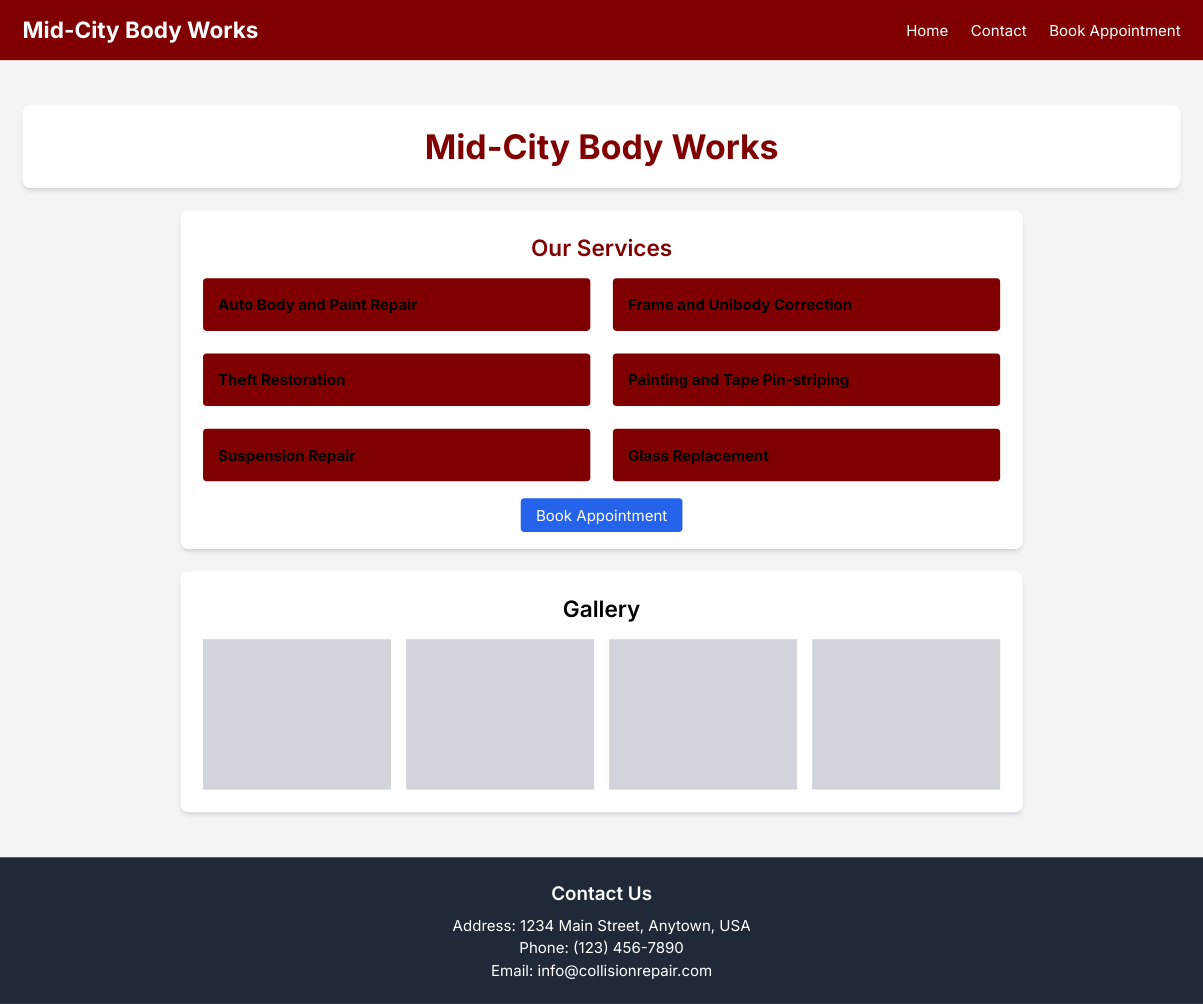
Repository: kayacancode/midcitybodyworks
Page: /
An editor plug-in stored every save of this project. The page is shown before and after the next save, followed by the edit.
The browser window is 1280 px wide. The pictures show the whole page, at 94% of full size.
The project was rebuilt for these pictures with package versions that can differ from the ones it lists, and the page was loaded fresh each time. The framework's server and built-in components were replaced by stand-ins that run in the browser. Also part of the build but not shown: next.config.mjs.

Above is the page before, as saved 2024-06-29 12:08:40.

### src/app/page.js
import Image from "next/image";

export default function Home() {
  return (
    <div className="min-h-screen bg-gray-100 flex flex-col">
      {/* Navigation Bar */}
      <header className="bg-[#800001] text-white w-full py-4 flex justify-between items-center px-6">
        <div className="text-2xl font-bold">Mid-City Body Works</div>
        <nav>
          <ul className="flex space-x-6">
            <li><a href="#home" className="hover:underline">Home</a></li>
            <li><a href="#contact" className="hover:underline">Contact</a></li>
            <li><a href="#appointment" className="hover:underline">Book Appointment</a></li>
          </ul>
        </nav>
      </header>

      {/* Hero Section */}
      <main className="flex flex-col items-center p-6">
        <section id="home" className="w-full bg-white p-6 rounded-lg shadow-md mt-6 text-center">
          <h1 className="text-4xl font-bold text-[#800001]">Mid-City Body Works</h1>
        </section>

        {/* Our Services Section */}
        <section className="w-full max-w-4xl bg-white p-6 rounded-lg shadow-md mt-6">
          <h2 className="text-2xl font-semibold mb-4 text-[#800001] text-center">Our Services</h2>
          <div className="grid grid-cols-1 sm:grid-cols-2 gap-6">
            <div className="bg-[#800001] p-4 rounded">
              <h3 className="font-bold">Auto Body and Paint Repair</h3>
            </div>
            <div className="bg-[#800001] p-4 rounded">
              <h3 className="font-bold">Frame and Unibody Correction</h3>
            </div>
            <div className="bg-[#800001] p-4 rounded">
              <h3 className="font-bold">Theft Restoration</h3>
            </div>
            <div className="bg-[#800001] p-4 rounded">
              <h3 className="font-bold">Painting and Tape Pin-striping</h3>
            </div>
            <div className="bg-[#800001] p-4 rounded">
              <h3 className="font-bold">Suspension Repair</h3>
            </div>
            <div className="bg-[#800001] p-4 rounded">
              <h3 className="font-bold">Glass Replacement</h3>
            </div>
          </div>
          <div className="text-center mt-6">
            <a href="#appointment" className="bg-blue-600 text-white px-4 py-2 rounded hover:bg-blue-700">Book Appointment</a>
          </div>
        </section>

        {/* Placeholder Photo Section */}
        <section className="w-full max-w-4xl bg-white p-6 rounded-lg shadow-md mt-6">
          <h2 className="text-2xl font-semibold mb-4 text-center">Gallery</h2>
          <div className="grid grid-cols-2 sm:grid-cols-4 gap-4">
            <div className="bg-gray-300 h-40"></div>
            <div className="bg-gray-300 h-40"></div>
            <div className="bg-gray-300 h-40"></div>
            <div className="bg-gray-300 h-40"></div>
          </div>
        </section>
      </main>

      {/* Footer */}
      <footer className="bg-gray-800 text-white w-full py-6 mt-6">
        <div className="text-center">
          <h3 className="text-xl font-semibold mb-2">Contact Us</h3>
          <p>Address: 1234 Main Street, Anytown, USA</p>
          <p>Phone: (123) 456-7890</p>
          <p>Email: info@collisionrepair.com</p>
        </div>
      </footer>
    </div>
  );
}

Loaded but not shown: src/app/layout.js (common file); src/app/globals.css (common file); tailwind.config.js (common file)

After the next save:
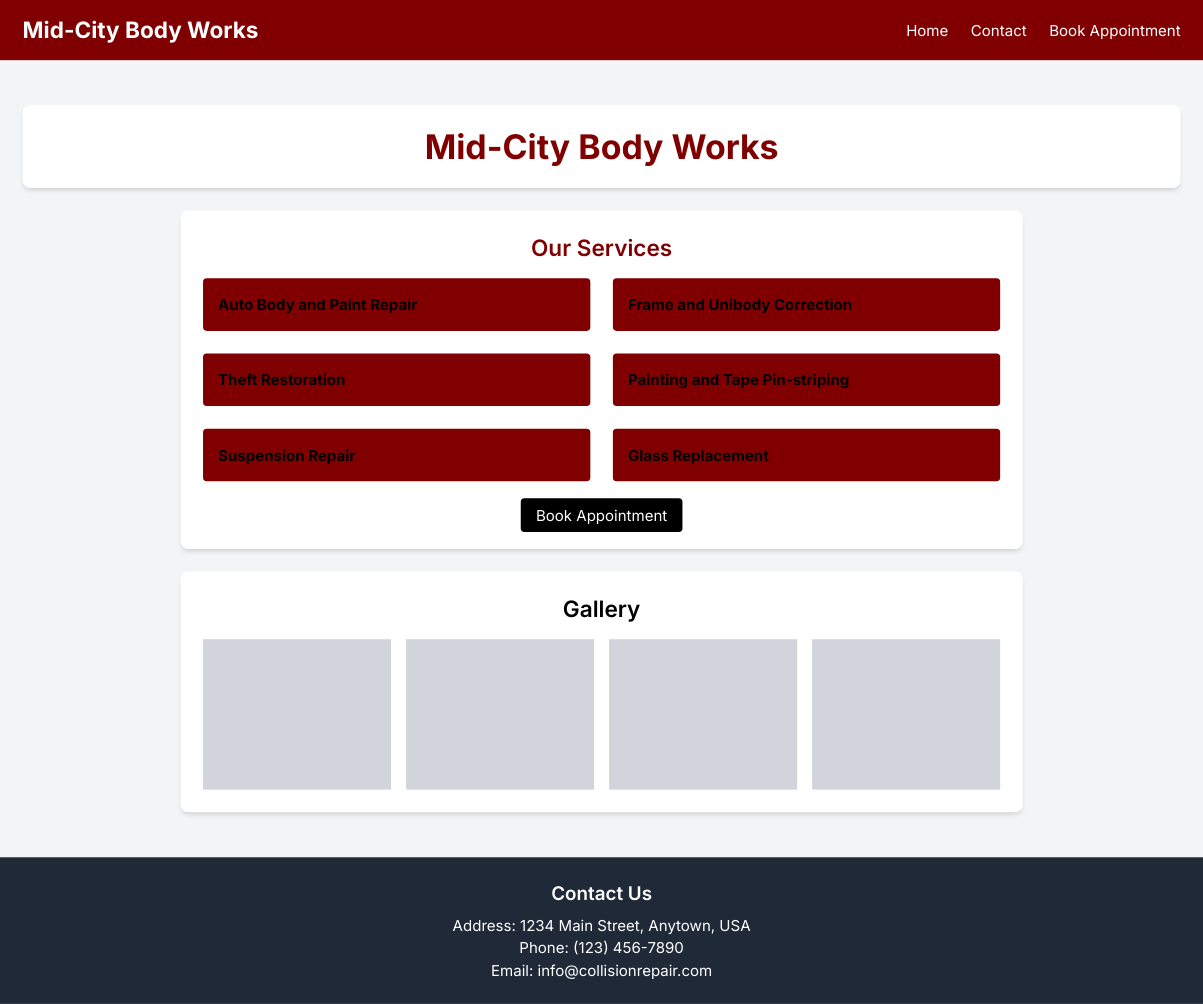
Saved 25 s later.
--- a/src/app/page.js
+++ b/src/app/page.js
@@ -45,7 +45,7 @@ export default function Home() {
             </div>
           </div>
           <div className="text-center mt-6">
-            <a href="#appointment" className="bg-blue-600 text-white px-4 py-2 rounded hover:bg-blue-700">Book Appointment</a>
+            <a href="#appointment" className="bg-black text-white px-4 py-2 rounded hover:bg-blue-700">Book Appointment</a>
           </div>
         </section>
 
